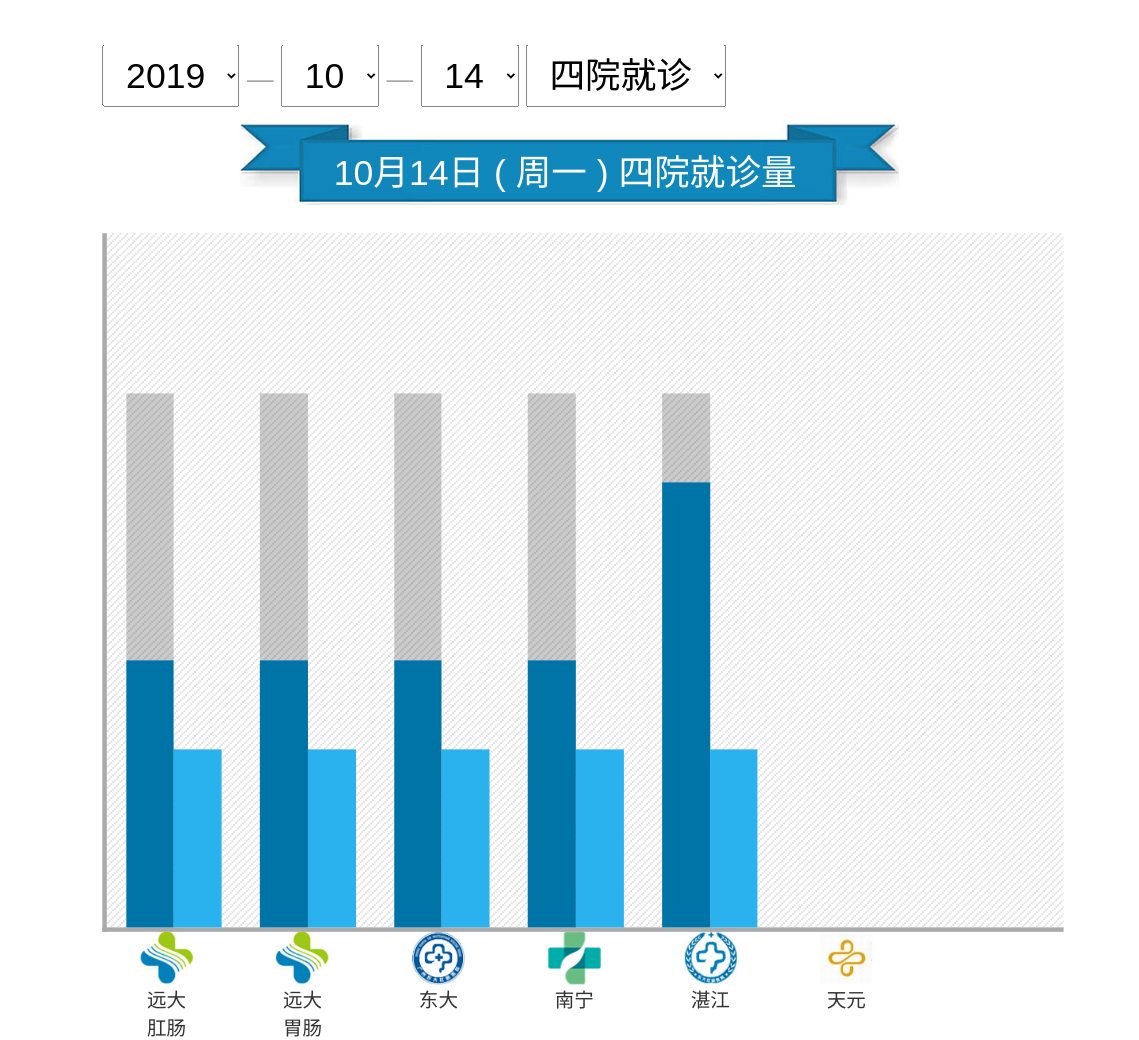
Repository: jerryyan/project
Page: http://localhost/m/jzchart.php
These files come from the project's save history. The page is drawn as it stood at one moment and after the next save; the edit follows.
The browser window is 1280 px wide. The pictures show the whole page, at 89% of full size.
The page is run by PHP 8.4 with error messages shown; the project is at /var/www/html/. The session is filled in as if someone had signed in: {"name": "admin"}. Other server files are loaded and not shown.

Above is the page before, as saved 2019-10-16 09:33:05.

### m/jzchart.php
<html>
    <head>
        <meta http-equiv="Content-Type" content="text/html; charset=utf-8" />
        <link href="css/m.css" rel="stylesheet" type="text/css" />
        <link rel="stylesheet" type="text/css" href="css/jquery.datetimepicker.css">
        <script type="text/javascript" src="/js/jquery.min.js"></script>
        <script type="text/javascript" src="/js/moment.min.js"></script>
        <script type="text/javascript" src="/js/time.js"></script>
        <title>预约数据统计手机版</title>
    </head>

    <body>
        <div class="div1">
            <div class="time">
                <select  class="year" id="birth_year" onchange="setDays(this, birth_month, birth_day);">
                </select>
                —
                <select  class="month" id="birth_month" onchange="setDays(birth_year, this, birth_day);">
                </select>
                —
                <select  class="day" id="birth_day">
                </select>
                <select name="" class="select" onchange="self.location.href = options[selectedIndex].value">
                    <option value="index.php">四院预约</option>
                    <option value="jzchart.php"  selected>四院就诊</option>
                    <option value="detail.php?type=szyd" >远大</option>
                    <option value="detail.php?type=szyd" >天元</option>
                    <option value="detail.php?type=gzdd" >东大</option>
                    <!--<option value="detail.php?type=gzma" >民安</option>-->
                    <option value="detail.php?type=zjdd" >湛江</option>
                    <option value="detail.php?type=nngc" >南宁肛肠</option>
                    <option value="detail.php?type=nnwc" >南宁胃肠</option>
                    <option value="detail.php?type=szydwc" >远大胃肠</option>
                </select>
            </div>

            <div class="title">
                <?php
                require_once 'islogin.php';
                $weekarray = array("日", "一", "二", "三", "四", "五", "六");
                $year = date('Y');
                $month = date('m');
                $day = date('d');
                $strDate = $month . "月" . $day . "日 " . "( 周" . $weekarray[date('w')] . " ) ";
                echo $strDate;
                ?>四院就诊量
            </div>

            <ul class="num">
            </ul>
            <div class="table">
                <div class="yd">
                    <div class="yd_1"><span></span></div>
                    <div class="yd_2"><span></span></div>
                    <div class="yd_3"><span></span></div>
                </div>
                <div class="yc">
                    <div class="yc_1"><span></span></div>
                    <div class="yc_2"><span></span></div>
                    <div class="yc_3"><span></span></div>
                </div>
                <div class="dd">
                    <div class="dd_1"><span></span></div>
                    <div class="dd_2"><span></span></div>
                    <div class="dd_3"><span></span></div>
                </div>
                <div class="ma">
                    <div class="ma_1"><span></span></div>
                    <div class="ma_2"><span></span></div>
                    <div class="ma_3"><span></span></div>
                </div>
                <div class="zj">
                    <div class="zj_1"><span></span></div>
                    <div class="zj_2"><span></span></div>
                    <div class="zj_3"><span></span></div>
                </div>
                <!-- <div class="ty">
                    <div class="ty_1"><span></span></div>
                    <div class="ty_2"><span></span></div>
                    <div class="ty_3"><span></span></div>
                </div> -->
            </div>
            <div class="logo">
                <ul>
                    <li><img src="/images/logo_yd.jpg">远大<br>肛肠</li>
                    <li><img src="/images/logo_yd.jpg">远大<br>胃肠</li>
                    <li><img src="/images/logo_dd.jpg">东大</li>
                    <li><img src="/images/logo_nn.jpg">南宁</li>
                    <li><img src="/images/logo_zj.jpg">湛江</li>
                    <li><img src="/images/logo_ty.jpg">天元</li>
                </ul>
            </div>
        </div>
    </body>
    <script src="/js/mobile.js"></script>
    <script>
                    $(function () {
                        $(".year,.month,.day").change(function () {
                            var y = $(".year option:selected").text();
                            var m = $(".month option:selected").text();
                            var d = $(".day option:selected").text();
                            var datetime = y + "-" + m + "-" + d;
                            getjzSource(datetime);
                        });
                        getjzSource();
                        setInterval(setjzSource, 40000);
                    });
    </script>
</html>

### m/islogin.php
<?php
session_start();
if ($_SESSION['name'] != 'admin') {
    header('Location:login.php');
    exit();
}

### m/getjzNum.php
<?php

require_once '../config.php';
if (!empty($_POST['datetime'])) {
    $date = $_POST['datetime'];
}
$startDate = $date . " 00:00:00";
$endDate = $date . " 23:59:59";
$zjdd_sql = "select a.ts,convert(varchar(10),a.ts,108) as tstime from info_registered as a left join info_appointment b on a.AppointmentId=b.AppointmentId where rdepartment not like '%未预约%' and a.dr=0 and isappointment=1 and  awr is not null and a.ts >'{$startDate}' and a.ts <='{$endDate}'";
//$gzma_sql = "select a.ts,convert(varchar(10),a.ts,108) as tstime from info_registered as a left join info_appointment b on a.AppointmentId=b.AppointmentId where rdepartment not like '%未预约%' and a.dr=0 and isappointment=1 and awr is not null and a.ts >'{$startDate}' and a.ts <='{$endDate}'";
$nndd_sql = "select a.ts,convert(varchar(10),a.ts,108) as tstime from info_registered as a left join info_appointment b on a.AppointmentId=b.AppointmentId where (rdepartment not like '%未预约%' and rdepartment not like '%耳鼻喉科%') and a.dr=0 and isappointment=1 and rsourceType !='自然门诊' and rsymptom !='体检'  and awr is not null and a.ts >'{$startDate}' and a.ts <='{$endDate}'";
$szyd_sql = " select a.ts,convert(varchar(10),a.ts,108) as tstime from info_registered as a left join info_appointment b on a.AppointmentId=b.AppointmentId LEFT JOIN Info_Appointment_Group as c on b.awr=c.userCode where rdepartment like '%肛%' and  gn not like '%胃肠%' and a.dr=0 and rmedia in ('360','82348232','QQ','qq','百度','百度糯米','百度商桥','个人微信','回访组回访','快排','神马','搜狗','网络电话','网络其它','网站后台预约','手机网','SOGU','SOSO','谷歌','商务通转Q','商务通转电话','胃肠电话') and awr is not null and a.ts >'{$startDate}' and a.ts <='{$endDate}'";
$szty_sql = " select a.ts,convert(varchar(10),a.ts,108) as tstime from info_registered as a left join info_appointment b on a.AppointmentId=b.AppointmentId LEFT JOIN Info_Appointment_Group as c on b.awr=c.userCode where  a.dr=0 and awr is not null and a.ts >'{$startDate}' and a.ts <='{$endDate}'";
$szydwc_sql = "select a.ts,convert(varchar(10),a.ts,108) as tstime from info_registered as a left join info_appointment b on a.AppointmentId=b.AppointmentId where rdepartment  not like '%未预约%' and a.dr=0 and  gn like '%胃肠%' and rmedia in ('360','82348232','QQ','qq','百度','百度糯米','百度商桥','个人微信','回访组回访','快排','神马','搜狗','网络电话','网络其它','网站后台预约','手机网','SOGU','SOSO','谷歌','商务通转Q','商务通转电话','胃肠电话') and awr is not null and  a.ts >'{$startDate}' and a.ts <='{$endDate}'";
$gzdd_sql = "select a.ts,convert(varchar(10),a.ts,108) as tstime from info_registered as a left join info_appointment b on a.AppointmentId=b.AppointmentId where rdepartment not like '%未预约%' and a.dr=0 and isappointment=1 and  awr is not null and a.ts >'{$startDate}' and a.ts <='{$endDate}'";

$zjdd_jz_row = get_fetchAll_assoc($zjdd, $zjdd_sql);
$zjdd_jzNum = getAllNum($zjdd_jz_row, $date);

$nndd_jz_row = get_fetchAll_assoc($nndd, $nndd_sql);
$nndd_jzNum = getAllNum($nndd_jz_row, $date);

$szyd_jz_row = get_fetchAll_assoc($szyd, $szyd_sql);
$szyd_jzNum = getAllNum($szyd_jz_row, $date);

$szty_jz_row = get_fetchAll_assoc($szyd, $szty_sql);
$szty_jzNum = getAllNum($szty_jz_row, $date);

$szydwc_jz_row = get_fetchAll_assoc($szyd, $szydwc_sql);
$szydwc_jzNum = getAllNum($szydwc_jz_row, $date);

$gzdd_jz_row = get_fetchAll_assoc($gzdd, $gzdd_sql);
$gzdd_jzNum = getAllNum($gzdd_jz_row, $date);

$data = array();
$data['zjdd_jzNum'] = $zjdd_jzNum;
$data['nndd_jzNum'] = $nndd_jzNum;
$data['szyd_jzNum'] = $szyd_jzNum;
$data['szty_jzNum'] = $szty_jzNum;
$data['szydwc_jzNum'] = $szydwc_jzNum;
$data['gzdd_jzNum'] = $gzdd_jzNum;
echo json_encode($data);

### config.php
<?php

try {
    $username = "sa";
    $pwd = "OYr%ZbxNY#!V*T0O";
    $dsn1 = "sqlsrv:Server=120.25.95.93;database=iSoftZJDD";
    // $dsn2 = "sqlsrv:Server=120.25.95.93;database=iSoftGZMA";
    $dsn3 = "sqlsrv:Server=120.25.95.93;database=iSoftSZYD";
    $dsn4 = "sqlsrv:Server=120.25.95.93;database=XL_new_reservation";
    $dsn5 = "sqlsrv:Server=120.25.95.93;database=iSoftNNDD";
    $dsn7 = "sqlsrv:Server=120.25.95.93;database=iSoftSZTY";
    $dsn6 = "mysql:host=localhost;dbname=project";
    $date = date("Y-m-d");
    //  $date = "2016-03-28";
    //    $username = "sa";
    //    $pwd = "123456";
    //    $dsn1 = "sqlsrv:Server=192.168.3.143\SQLEXPRESS;database=iSoftZJDD";
    //    $dsn2 = "sqlsrv:Server=192.168.3.143\SQLEXPRESS;database=iSoftGZMA";
    //    $dsn3 = "sqlsrv:Server=192.168.3.143\SQLEXPRESS;database=iSoftSZYD";
    $zjdd = new PDO($dsn1, $username, $pwd);
    //$gzma = new PDO($dsn2, $username, $pwd);
    $szyd = new PDO($dsn3, $username, $pwd);
    $gzdd = new PDO($dsn4, $username, $pwd);
    $nndd = new PDO($dsn5, $username, $pwd);
    $szty = new PDO($dsn7, $username, $pwd);
    $project = new PDO($dsn6, 'root', 'root');
} catch (PDOException $e) {
    echo "Failed to get DB handle: " . $e->getMessage() . "\n";
    exit;
}

/**
 *
 * @param string $db
 * @param string $sql
 * @return string $row
 */
function get_fetchAll_assoc($db, $sql)
{
    $result = $db->query($sql);
    $row = $result->fetchAll(PDO::FETCH_ASSOC);
    return $row;
}
/**
 *
 *插入单条数据到数据库
 * @param string $db
 * @param string $sql
 * @return string $res
 */
function insert($db, $sql)
{
    $db->setAttribute(PDO::ATTR_ERRMODE, PDO::ERRMODE_EXCEPTION);
    $res = $db->exec($sql);
    return $res;
}

/**
 * 获取客户端IP
 */
function getClientIp()
{
    $ip = 'unknown';
    $unknown = 'unknown';

    if (isset($_SERVER['HTTP_X_FORWARDED_FOR']) && $_SERVER['HTTP_X_FORWARDED_FOR'] && strcasecmp($_SERVER['HTTP_X_FORWARDED_FOR'], $unknown)) {
        // 使用透明代理、欺骗性代理的情况
        $ip = $_SERVER['HTTP_X_FORWARDED_FOR'];
    } elseif (isset($_SERVER['REMOTE_ADDR']) && $_SERVER['REMOTE_ADDR'] && strcasecmp($_SERVER['REMOTE_ADDR'], $unknown)) {
        // 没有代理、使用普通匿名代理和高匿代理的情况
        $ip = $_SERVER['REMOTE_ADDR'];
    }

    // 处理多层代理的情况
    if (strpos($ip, ',') !== false) {
        // 输出第一个IP
        $ip = reset(explode(',', $ip));
    }

    return $ip;
}

function get_fetchAll_row($db, $sql)
{
    $result = $db->query($sql);
    $row = $result->fetch(PDO::FETCH_ASSOC);
    return $row['number'];
}

//获取大夜班，早班和晚班的预约人数
function getAllNum($row)
{
    $dayeStart = "00:00:00";
    $zaoStart = "08:00:00";
    $wanStart = "16:00:00";
    $wanEnd = "24:00:00";
    $dayeArr = $zaoArr = $wanArr = array();
    foreach ($row as $v) {
        if ($v['tstime'] >= $dayeStart && $v['tstime'] < $zaoStart) {
            $dayeArr[] = $v;
        }
        if ($v['tstime'] >= $zaoStart && $v['tstime'] < $wanStart) {
            $zaoArr[] = $v;
        }
        if ($v['tstime'] >= $wanStart && $v['tstime'] < $wanEnd) {
            $wanArr[] = $v;
        }
    }
    $arrNum = array();
    $arrNum['dayeNum'] = count($dayeArr);
    $arrNum['zaoNum'] = count($zaoArr);
    $arrNum['wanNum'] = count($wanArr);
    $arrNum['totalNum'] = count($row);
    $arrNum['workNum'] = getWorkNum($arrNum);
    return $arrNum;
}

function getWorkNum($data)
{
    $nowtime = date("H:i:s");
    $dayeStart = "00:00:00";
    $zaoStart = "08:00:00";
    $wanStart = "16:00:00";
    $wanEnd = "24:00:00";

    if ($nowtime > $dayeStart && $nowtime < $zaoStart) {
        $workNum = $data['dayeNum'];
    }
    if ($nowtime > $zaoStart && $nowtime <= $wanStart) {
        $workNum = $data['zaoNum'];
    }
    if ($nowtime > $wanStart && $nowtime < $wanEnd) {
        $workNum = $data['wanNum'];
    }
    return $workNum;
}

//排序
function my_sort($a, $b)
{
    if ($a['nums'] == $b['nums']) {
        return 0;
    }
    return ($a['nums'] > $b['nums']) ? -1 : 1;
}

//排序
function ts_sort($a, $b)
{
    if ($a['tstime'] == $b['tstime']) {
        return 0;
    }
    return ($a['tstime'] < $b['tstime']) ? -1 : 1;
}

### m/css/m.css
@charset "utf-8";

body {
    margin: 0px;
    padding: 0px;
    font-family: "微软雅黑", "宋体", arial;
    color: #333;
}

div,
dl,
dt,
dd,
ul,
ol,
li,
h1,
h2,
h3,
h4,
h5,
h6,
pre,
form,
input,
label,
select,
option,
textarea,
button,
p,
span {
    margin: 0;
    padding: 0;
}

img {
    border: 0;
    vertical-align: top;
    font-size: 0;
    line-height: 0;
    overflow: hidden;
}

ul,
li,
ol,
ul {
    list-style: none;
}


.dis {
    display: none
}

.left {
    float: left
}

.right {
    float: right
}

.clear {
    clear: both;
}

.time {
    clear: both;
    margin-left: 9%;
    width: 84%;
    font-size: 30px;
    color: #aaa;
    margin-top: 50px;
}

.time select {
    padding: 1% 2%;
    margin: 0 0% 0 0;
    font-size: 40px;
}

.time select:last-child {
    margin: 0;
}

.year {}

.month {}

.day {}

.title {
    font-size: 40px;
    text-align: center;
    height: 100px;
    padding-top: 42px;
    width: 100%;
    background: url(../images/title.jpg) center 20px no-repeat;
    color: #fff;
    text-indent: -10px;
}

.num {
    float: left;
    width: 9%;
    text-align: right;
    padding-top: 5px;
}

.num li {
    height: 40px;
    padding-right: 15px
}

.logo {
    clear: both;
    font-size: 22px;
    margin-left: 2%;
    padding-left: 8%;
    width: 77%;
    height: 100px;
}

.logo li {
    float: left;
    margin-right: 6.5%;
    padding-left: 3%;
    width: 6%;
    height: 100px;
    background-repeat: no-repeat;
    background-position: 10px 5px;
    text-align: center;
}

.logo li img {
    width: 100%;
    display: block;
}

.logo li:last-child {
    margin: 0;
}

.table {
    float: left;
    width: 84%;
    height: 780px;
    background: url(../images/bg.jpg);
    border-left: solid 5px #aaa;
    border-bottom: solid 5px #aaa;
    position: relative;
}

.table div {
    float: left;
}

.table div span {
    position: absolute;
    bottom: 0;
    left: 15%;
}

.yd div,
.dd div,
.ma div,
.zj div,
.yc div {
    position: absolute;
    float: left;
    width: 5%;
    bottom: 0;
    font-size: 24px;
}

.yd_1,
.dd_1,
.ma_1,
.zj_1,
.ty_1,
.yc_1 {
    background: #0091cf;
    z-index: 1;
    height: 300px;
}

.yd_2,
.dd_2,
.ma_2,
.zj_2,
.ty_2,
.yc_2 {
    background: #29b2ee;
    margin-left: 5%;
    height: 200px;
}

.yd_3,
.dd_3,
.ma_3,
.zj_3,
.ty_3,
.yc_3 {
    background: rgba(0, 0, 0, 0.20);
    height: 600px;
    z-index: 2;
}

.table div .yd_3 span,
.table div .dd_3 span,
.table div .ma_3 span,
.table div .ty_3 span,
.table div .zj_3 span,
.table div .yc_3 span {
    margin-top: -80px;
    margin-bottom: 0;
    display: block;
    position: relative;
    z-index: 3
}

.zj_3 {
    /* height: 200px; */
}

.zj_1 {
    height: 500px;
}

span {
    width: 120px;
    margin-left: -47px;
    margin-bottom: 50px;
    -webkit-transform: rotate(270deg);
    -moz-transform: rotate(270deg);
    -o-transform: rotate(270deg);
}

.yd {
    margin-left: 2%;
}

.yc {
    margin-left: 16%;
}

.dd {
    margin-left: 30%;
}

.ma {
    margin-left: 44%;
}

.zj {
    margin-left: 58%;
}

/* up0date */
.ty{
    margin-left:72%
}
.ty_1 {
    position: absolute;
    float: left;
    width: 5%;
    bottom: 0;
    font-size: 24px;
    background: #0091cf;
    z-index: 1;
}

.ty_2{
    position: absolute;
    float: left;
    width: 5%;
    bottom: 0;
    font-size: 24px;
    background: #29b2ee;
    margin-left: 5%;
}
.ty_3{
    position: absolute;
    float: left;
    width: 5%;
    bottom: 0;
    font-size: 24px;
    background: rgba(0, 0, 0, 0.20);
    z-index: 2;
}


table {
    background: #aaa;
    text-align: center;
    float: left;
    font-size: 30px;
    margin: 0 0 0 9%
}

table td {
    background: #fff;
    height: 80px;
    vertical-align: central;
}

.div2 .time {
    margin: 0 0 0 73px;
    height: 100px;
}



/*.nav{width:720px; height:100px; padding:10px 0 0 40px; z-index:10; margin-top:40px}
.nav li{ float:left; background:#239ccf; width:149px; text-align:center; height:70px; line-height:70px; margin:0 5px; color:#fff; font-size:28px;}
.nav li.current{ background:#15759e}
*/

### js/time.js
$(document).ready(function () {
    var myDate = new Date();
    var year = myDate.getFullYear();//获取完整的年份(4位,1970-????)
    var month = myDate.getMonth();//获取当前月份(0-11,0代表1月)
    var day = myDate.getDate();//获取当前日(1-31)
    var i = 0;
    // 添加年份
    for (i = 2016; i <= 2026; i++) {
        addOption(birth_year, i, i);
        if (i == year) {
            birth_year.options[year - 2016].selected = true;
        }
    }
    // 添加月份
    for (i = 1; i <= 12; i++) {
        if (i < 10) {
            i = '0' + i;
        }
        addOption(birth_month, i, i);
        if (i == month + 1) {
            birth_month.options[month].selected = true;
        }
    }
    // 添加天份，先默认31天
    for (i = 1; i <= 31; i++) {
        if (i < 10) {
            i = '0' + i;
        }
        addOption(birth_day, i, i);
        if (i == day) {
            birth_day.options[day - 1].selected = true;
        }
    }
    //$("#birth_month"). birth_year  birth_day
});


// 设置每个月份的天数
function setDays(year, month, day) {
    var monthDays = [31, 28, 31, 30, 31, 30, 31, 31, 30, 31, 30, 31];
    var yea = year.options[year.selectedIndex].text;
    var mon = month.options[month.selectedIndex].text;
    var num = monthDays[mon - 1];
    if (mon == 2 && isLeapYear(yea)) {
        num++;
    }
    for (var j = day.options.length - 1; j >= num; j--) {
        day.remove(j);
    }
    for (var i = day.options.length+1; i <= num; i++) {
        addOption(birth_day, i, i);
    }

}

// 判断是否闰年
function isLeapYear(year)
{
    return (year % 4 == 0 || (year % 100 == 0 && year % 400 == 0));
}

// 向select尾部添加option
function addOption(selectbox, text, value) {
    var option = document.createElement("option");
    option.text = text;
    option.value = value;
    selectbox.options.add(option);
}

Loaded but not shown: m/css/jquery.datetimepicker.css (library); js/jquery.min.js (library); js/moment.min.js (library); js/mobile.js (314 lines, source omitted)

After the next save:
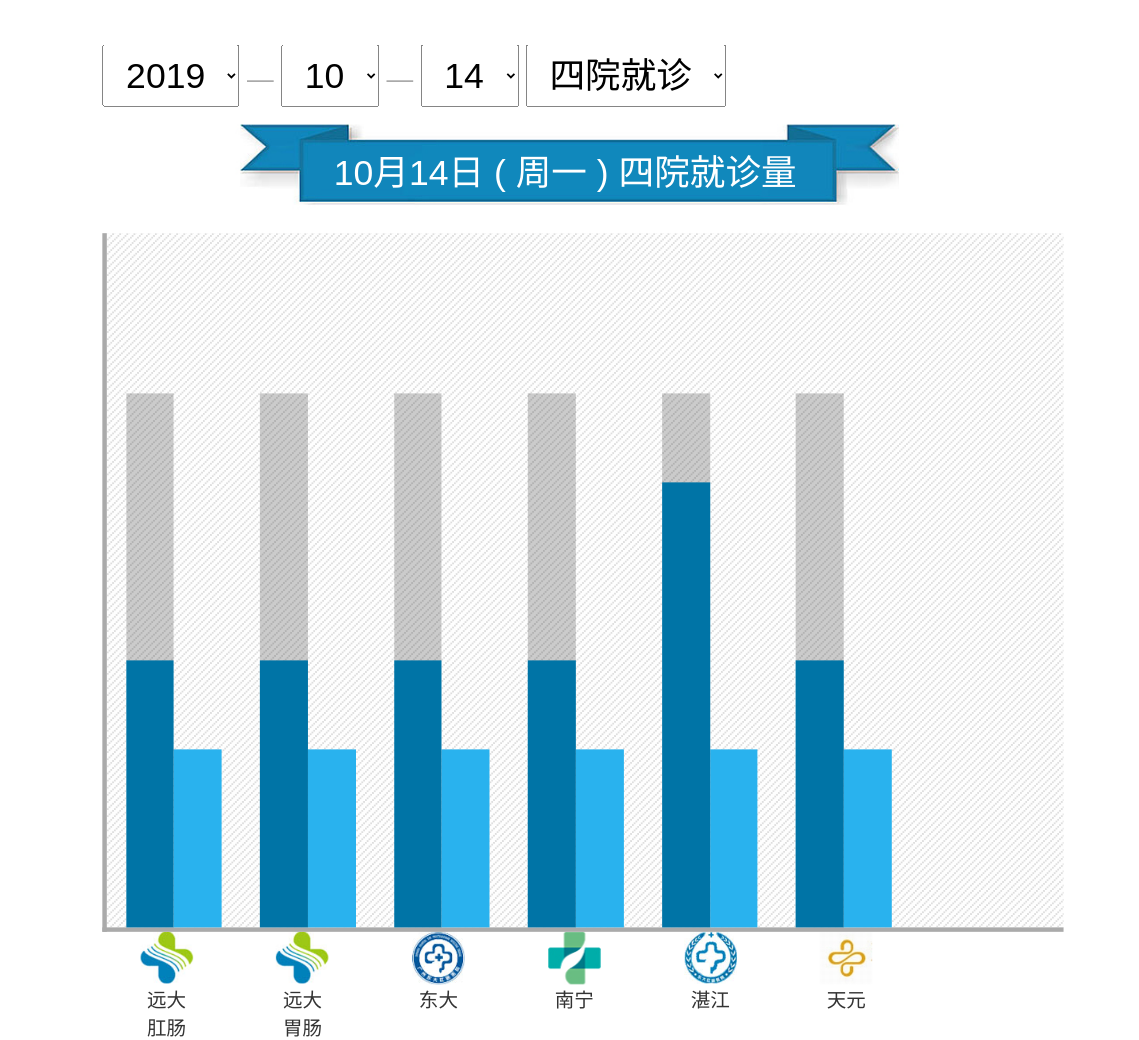
Saved 5 s later.
--- a/m/jzchart.php
+++ b/m/jzchart.php
@@ -74,11 +74,11 @@
                     <div class="zj_2"><span></span></div>
                     <div class="zj_3"><span></span></div>
                 </div>
-                <!-- <div class="ty">
+                <div class="ty">
                     <div class="ty_1"><span></span></div>
                     <div class="ty_2"><span></span></div>
                     <div class="ty_3"><span></span></div>
-                </div> -->
+                </div>
             </div>
             <div class="logo">
                 <ul>
